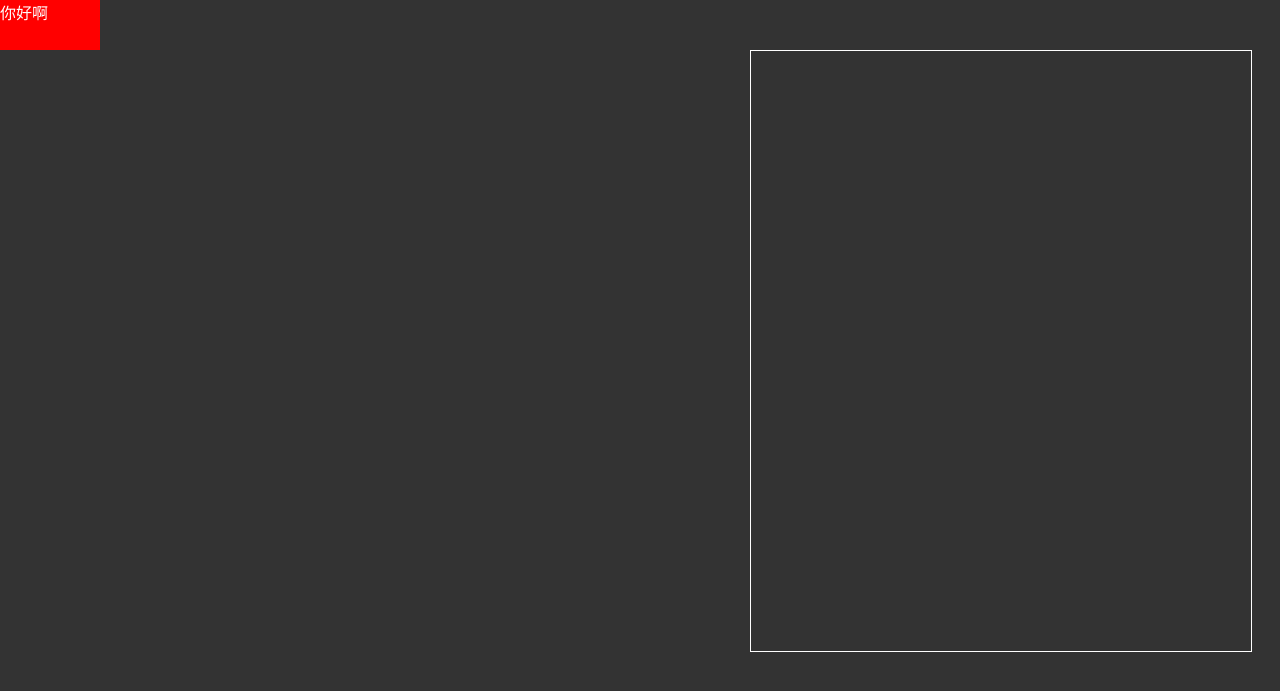
Repository: ScarApocalypse/study
Page: 一些想法/test.html
These files come from the project's save history. The page is drawn as it stood at one moment and after the next save; the edit follows.
The browser window is 1280 px wide. The pictures show the whole page.

Above is the page before, as saved 2019-08-02 17:46:27.

### 一些想法/test.html
<!DOCTYPE html>
<html lang="en">

<head>
    <meta charset="UTF-8">
    <meta name="viewport" content="width=device-width, initial-scale=1.0">
    <meta http-equiv="X-UA-Compatible" content="ie=edge">
    <title>Document</title>
    <style>
        .wrap {

            position: absolute;
            left: 0px;
            top: 0px;
            width: 500px;
            height: 700px;



        }

        .show {
            position: absolute;
            /* left: 100px; */
            bottom: 0;
            min-height: 700px;
        }
    </style>
    <style>
        /* 你好，我想让你看个宝贝 */
        /* 首先清理一下内外边距 */
        * {
            margin: 0;
            padding: 0;
        }

        /* 给全局添加一下动画 */
        .transition {
            transition: all 1s;
        }

        /* 好像没有作用，一会就会看到效果了，先等等 */

        /* 有没有觉得白底黑字看起来有点辣眼睛 */
        body {
            background-color: #333;
        }

        /* 额，字是不是有点看不清 */
        /* 淦，忘了改字体颜色了 */
        body {
            color: #fff;
        }

        /* 现在是不是好多了 */
        /* 让我们继续吧 */
        /* 这么大的区域用来码代码有点浪费 */
        /* 还是添加一个窗口区域吧 */
        .wrap {
            width: 500px;
            height: 600px;
            border: 1px solid #fff;
            position: absolute;
            top: 50px;
            left: 750px;
        }

        /* 好像有点不对劲 */
        /* 代码好像爆格了 */
        /* take it easy */
        .wrap {
            overflow: hidden;
        }

        /* 现在应该搞定了 */
        /* 让我们继续下一步吧 */
        /* 首先我需要一个按钮 */
        .button {
            width: 100px;
            height: 50px;
            background-color: #ff0000;
            content: 'sdfdsf';
            position:absolute;
        }
        .button:after{
            content:'你好啊';

        }
    </style>
</head>

<body class="transition">
    <div id="wrap" class="wrap transition">

        <div id="show" class="show transition"></div>


    </div>

    <div class="button transition">

    </div>

    <script src="https://cdn.bootcss.com/jquery/3.4.1/jquery.min.js"></script>
    <!-- <script src="https://cdn.bootcss.com/jquery-resize/1.1/jquery.ba-resize.min.js"></script> -->
    <script>
        var wrap = document.getElementById('wrap');
        var show = document.getElementById('show');

        var style = document.getElementsByTagName('style')[1];
        // style.innerHTML='';
        var cssText = style.innerHTML;
        console.log(cssText);
        console.log(style);
        var reg = /[{};]/;
        var str = cssText;
        var styleStr = '';
        var showStr = '';
        // var chat="1";




        var length = str.length;
        var strIndex = 0;
        var pat = /(body&|\*\b)/;
        for (var i = 0; i < str.length; i++) {
            console.log(i + ':' + str[i]);
        }


    //     var timeOut = setInterval(() => {
    //         if (strIndex == length - 1) {
    //             // console.log(showStr);
    //             // $(show).css({
    //             //     'background-color': '#333',
    //             //     'position': 'relative',
    //             //     'color': '#fff',
    //             // })
    //             // wrap.scrollTop = wrap.scrollHeight;
    //             clearInterval(timeOut);

    //         }
    //         styleStr += [str[strIndex]];
    //         showStr += [str[strIndex]];
    //         if (reg.test(str[strIndex])) {
    //             showStr += '<br>';
    //             if ((str[strIndex + 10] != '}') && (str[strIndex + 10] != '.') && (str[strIndex + 11] != '/')) {
    //                 showStr += '&nbsp;&nbsp;&nbsp;&nbsp;&nbsp;'
    //             }
    //             // var newIndex = strIndex + 1;
    //             // while (1) {
    //             //     console.log(showStr[newIndex]);
    //             //     if (showStr[newIndex]) {
    //             //         break;
    //             //     }
    //             // }


    //         }
    //         if (str[strIndex] == '/' && str[strIndex - 1] == '*') {
    //             showStr += '<br>';
    //         }
    //         // console.log(showStr);
    //         // showStr=showStr.replace(pat,'<span class="red">'+'\$1'+'</span>');
    //         show.innerHTML = showStr;
    //         style.innerHTML = styleStr;


    //         strIndex++;
    //     }, 50);
    // </script>
</body>

</html>

After the next save:
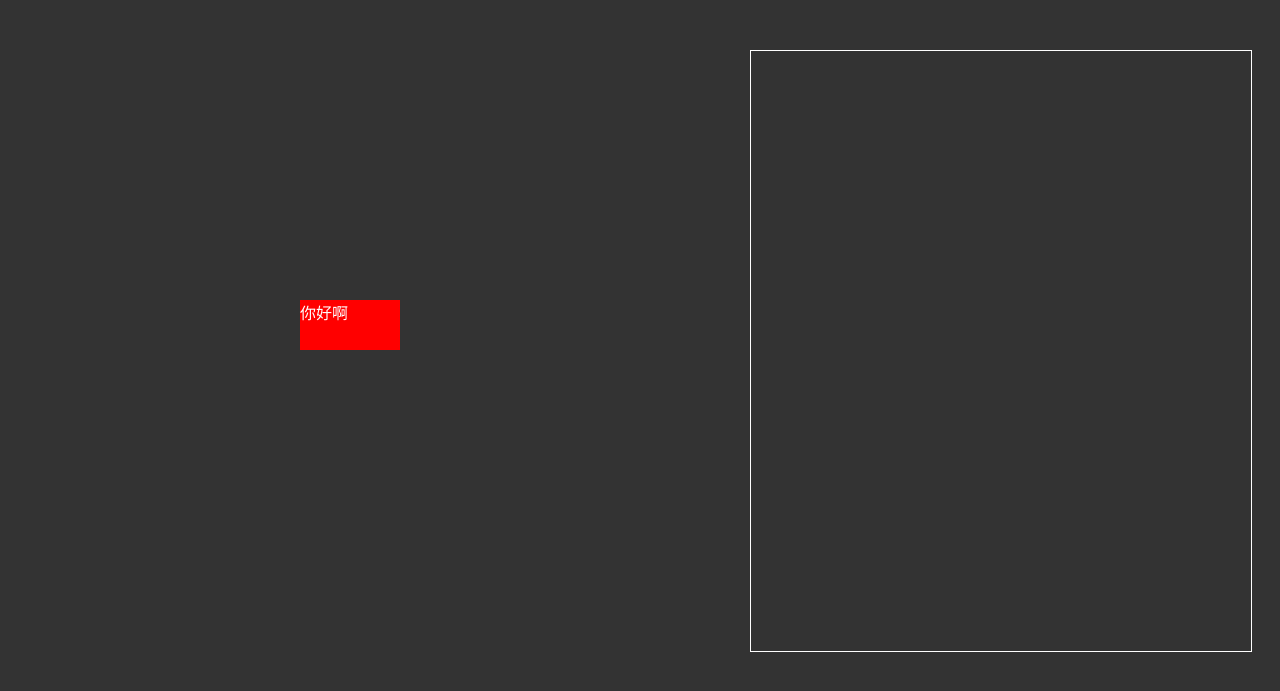
Saved 12 s later.
--- a/一些想法/test.html
+++ b/一些想法/test.html
@@ -81,6 +81,8 @@
             background-color: #ff0000;
             content: 'sdfdsf';
             position:absolute;
+            left:300px;
+            top:300px;
         }
         .button:after{
             content:'你好啊';
